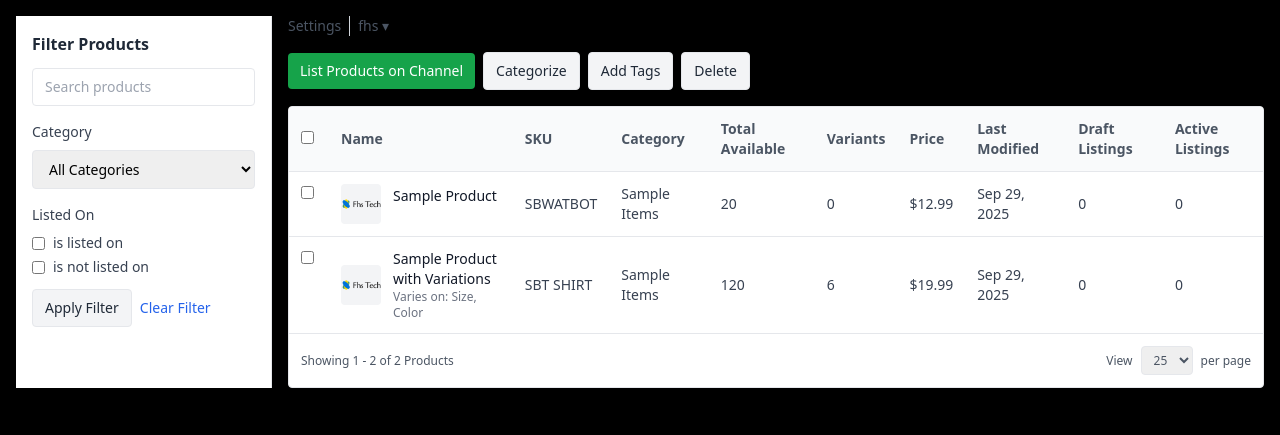
Repository: gofaiz23-dotcom/fhs_tech_frontend
Page: /products
The author's editor kept a copy of each file at every save. The page is drawn from the files as they stood at one save, then again after the next save.
The browser window is 1280 px wide. The pictures show the whole page.
The project was rebuilt for these pictures with package versions that can differ from the ones it lists, and the page was loaded fresh each time. The framework's server and built-in components were replaced by stand-ins that run in the browser. Also part of the build but not shown: next.config.ts.

Above is the page before, as saved 2025-09-30 19:12:35.

### app/layout.tsx
import type { Metadata } from "next";
import { Geist, Geist_Mono } from "next/font/google";
import "./globals.css";
// import '../styles/globals.css';

const geistSans = Geist({
  variable: "--font-geist-sans",
  subsets: ["latin"],
});

const geistMono = Geist_Mono({
  variable: "--font-geist-mono",
  subsets: ["latin"],
});

export const metadata: Metadata = {
  title: "FHS TECH",
  description: "",
};

export default function RootLayout({
  children,
}: Readonly<{
  children: React.ReactNode;
}>) {
  return (
    <html lang="en">
      <body>
        <div>
          {children}
        </div>
      </body>
    </html>
  );
}

### app/products/page.tsx
import React from 'react'
import Products from '../components/products'

export default function ProductsPage() {
  return (
    <div className="p-4">
      <Products />
    </div>
  )
}

### app/globals.css
@tailwind base;
@tailwind components;
@tailwind utilities;



body{
   padding: 0px;
  margin: 0px;
  background-color: #000;
}

### app/components/products.tsx
import React from 'react'

type Product = {
	thumbnail: string
	name: string
	sku: string
	category: string
	totalAvailable: number
	variants: number
	price: string
	lastModified: string
	draftListings: number
	activeListings: number
}

const mockProducts: Product[] = [
	{
		thumbnail: '/fhs-tech-logo.png',
		name: 'Sample Product',
		sku: 'SBWATBOT',
		category: 'Sample Items',
		totalAvailable: 20,
		variants: 0,
		price: '$12.99',
		lastModified: 'Sep 29, 2025',
		draftListings: 0,
		activeListings: 0,
	},
	{
		thumbnail: '/fhs-tech-logo.png',
		name: 'Sample Product with Variations',
		sku: 'SBT SHIRT',
		category: 'Sample Items',
		totalAvailable: 120,
		variants: 6,
		price: '$19.99',
		lastModified: 'Sep 29, 2025',
		draftListings: 0,
		activeListings: 0,
	},
]

const Toolbar = () => {
	return (
		<div className="flex items-center gap-2">
			<button className="bg-green-600 hover:bg-green-700 text-white text-sm px-3 py-2 rounded">List Products on Channel</button>
			<button className="bg-gray-100 hover:bg-gray-200 text-gray-800 text-sm px-3 py-2 rounded border">Categorize</button>
			<button className="bg-gray-100 hover:bg-gray-200 text-gray-800 text-sm px-3 py-2 rounded border">Add Tags</button>
			<button className="bg-gray-100 hover:bg-gray-200 text-gray-800 text-sm px-3 py-2 rounded border">Delete</button>
		</div>
	)
}

const Filters = () => {
	return (
		<aside className="w-full md:w-64 border md:border-0 md:border-r bg-white p-4 rounded md:rounded-none">
			<h3 className="font-semibold text-gray-800 mb-3">Filter Products</h3>
			<div className="mb-4">
				<input
					type="text"
					placeholder="Search products"
					className="w-full border rounded px-3 py-2 text-sm"
				/>
			</div>
			<div className="mb-2 text-sm text-gray-700">Category</div>
			<select className="w-full border rounded px-3 py-2 text-sm mb-4">
				<option>All Categories</option>
			</select>
			<div className="mb-3">
				<div className="text-sm text-gray-700 mb-2">Listed On</div>
				<label className="flex items-center gap-2 text-sm text-gray-700 mb-1">
					<input type="checkbox" className="rounded" />
					<span>is listed on</span>
				</label>
				<label className="flex items-center gap-2 text-sm text-gray-700">
					<input type="checkbox" className="rounded" />
					<span>is not listed on</span>
				</label>
			</div>
			<div className="flex items-center gap-2">
				<button className="bg-gray-100 hover:bg-gray-200 text-gray-800 text-sm px-3 py-2 rounded border">Apply Filter</button>
				<button className="text-blue-600 text-sm">Clear Filter</button>
			</div>
		</aside>
	)
}

const ProductsTable = ({ products }: { products: Product[] }) => {
	return (
		<div className="overflow-x-auto bg-white border rounded">
			<table className="min-w-full text-sm">
				<thead className="bg-gray-50 text-gray-600">
					<tr>
						<th className="w-10 p-3 text-left"><input type="checkbox" /></th>
						<th className="p-3 text-left">Name</th>
						<th className="p-3 text-left">SKU</th>
						<th className="p-3 text-left">Category</th>
						<th className="p-3 text-left">Total Available</th>
						<th className="p-3 text-left">Variants</th>
						<th className="p-3 text-left">Price</th>
						<th className="p-3 text-left">Last Modified</th>
						<th className="p-3 text-left">Draft Listings</th>
						<th className="p-3 text-left">Active Listings</th>
					</tr>
				</thead>
				<tbody>
					{products.map((p, idx) => (
						<tr key={idx} className="border-t hover:bg-gray-50">
							<td className="w-10 p-3 align-top"><input type="checkbox" /></td>
							<td className="p-3">
								<div className="flex items-center gap-3">
									<img src={p.thumbnail} alt="thumb" className="w-10 h-10 rounded object-contain bg-gray-100" />
									<div>
										<div className="text-gray-900 font-medium">{p.name}</div>
										<div className="text-xs text-gray-500">{p.variants > 0 ? 'Varies on: Size, Color' : '\u00A0'}</div>
									</div>
								</div>
							</td>
							<td className="p-3 text-gray-700">{p.sku}</td>
							<td className="p-3 text-gray-700">{p.category}</td>
							<td className="p-3 text-gray-700">{p.totalAvailable}</td>
							<td className="p-3 text-gray-700">{p.variants}</td>
							<td className="p-3 text-gray-700">{p.price}</td>
							<td className="p-3 text-gray-700">{p.lastModified}</td>
							<td className="p-3 text-gray-700">{p.draftListings}</td>
							<td className="p-3 text-gray-700">{p.activeListings}</td>
						</tr>
					))}
				</tbody>
			</table>
			<div className="flex items-center justify-between p-3 text-xs text-gray-600 border-t">
				<div>Showing 1 - {products.length} of {products.length} Products</div>
				<div className="flex items-center gap-2">View <select className="border rounded px-2 py-1"><option>25</option><option>50</option></select> per page</div>
			</div>
		</div>
	)
}

const Products = () => {
	return (
		<div className="w-full">
			<div className="flex flex-col md:flex-row gap-4">
				{/* Filters Sidebar */}
				<Filters />

				{/* Main content */}
				<main className="flex-1 space-y-4">
					<div className="flex items-center justify-between">
						{/* <h1 className="text-xl font-semibold text-gray-800">Products</h1> */}
						<div className="flex items-center gap-2 text-sm text-gray-600">
							<span>Settings</span>
							<span className="w-px h-5 bg-gray-300" />
							<span>fhs ▾</span>
						</div>
					</div>
					<Toolbar />
					<ProductsTable products={mockProducts} />
				</main>
			</div>
		</div>
	)
}

export default Products

### tailwind.config.js
/** @type {import('tailwindcss').Config} */
module.exports = {
 content: [
    './pages/**/*.{js,ts,jsx,tsx}',
    './components/**/*.{js,ts,jsx,tsx}',
    './app/**/*.{js,ts,jsx,tsx}', // if using app directory
  ],
  theme: {
    extend: {},
  },
  plugins: [],
}

After the next save:
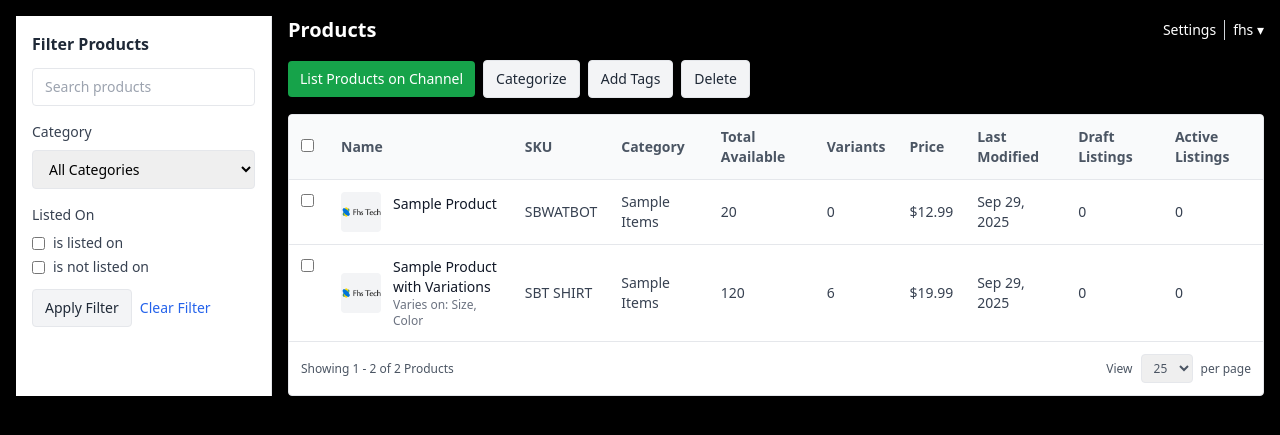
Saved 18 s later.
--- a/app/components/products.tsx
+++ b/app/components/products.tsx
@@ -146,8 +146,8 @@ const Products = () => {
 				{/* Main content */}
 				<main className="flex-1 space-y-4">
 					<div className="flex items-center justify-between">
-						{/* <h1 className="text-xl font-semibold text-gray-800">Products</h1> */}
-						<div className="flex items-center gap-2 text-sm text-gray-600">
+						<h1 className="text-xl font-semibold text-white">Products</h1>
+						<div className="flex items-center gap-2 text-sm text-white">
 							<span>Settings</span>
 							<span className="w-px h-5 bg-gray-300" />
 							<span>fhs ▾</span>
